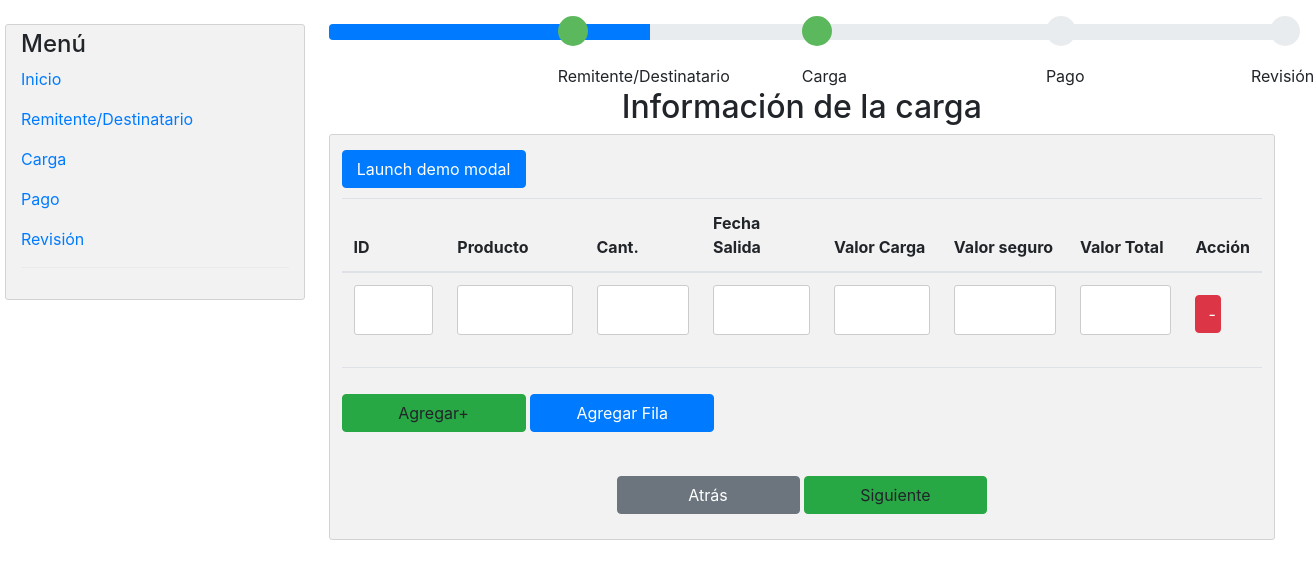
Repository: SennovaFluvial/Trasnfluvial
Page: appFluvial/templates/card1carga.html
The author's editor kept a copy of each file at every save. The page is drawn from the files as they stood at one save, then again after the next save.
The browser window is 1280 px wide. The page is 1314 px wide, so the pictures cover 1314 px, including what lies to the right of the window. The pictures show the whole page.
The template is drawn by Django 3.2. The application's start-up code is not run. Other server files are loaded and not shown. The template is opened directly, without the code that normally fills it, so the values that code supplies are empty.

Above is the page before, as saved 2023-10-19 23:52:38.

### appFluvial/templates/card1carga.html
<!DOCTYPE html>
<html>
<head>
<meta name="viewport" content="width=device-width, initial-scale=1">
<!--link rel="stylesheet" href="https://cdnjs.cloudflare.com/ajax/libs/font-awesome/4.7.0/css/font-awesome.min.css"-->
<style>
body {
  font-family: Arial;
  font-size: 17px;
  padding: 8px;
}

* {
  box-sizing: border-box;
}

.row {
  display: -ms-flexbox; /* IE10 */
  display: flex;
  -ms-flex-wrap: wrap; /* IE10 */
  flex-wrap: wrap;
  margin: 0 -16px;
}

.col-25 {
  -ms-flex: 25%; /* IE10 */
  flex: 25%;
}

.col-50 {
  -ms-flex: 50%; /* IE10 */
  flex: 50%;
}

.col-75 {
  -ms-flex: 75%; /* IE10 */
  flex: 75%;
}

.col-25,
.col-50,
.col-75 {
  padding: 0 16px;
}

.container {
  background-color: #f2f2f2;
  padding: 5px 20px 15px 20px;
  border: 1px solid lightgrey;
  border-radius: 3px;
}

input[type=text], select {
  width: 100%;
  margin-bottom: 20px;
  padding: 12px;
  border: 1px solid #ccc;
  border-radius: 3px;
}

input[type=submit] {
  background-color: #04AA6D;
  color: white;
  padding: 12px 20px;
  border: none;
  border-radius: 4px;
  cursor: pointer;
}

input[type=submit]:hover {
  background-color: #45a049;
}

label {
  margin-bottom: 10px;
  display: block;
}

.icon-container {
  margin-bottom: 20px;
  padding: 7px 0;
  font-size: 24px;
}

.btn {
  background-color: #04AA6D;
  color: white;
  padding: 12px;
  margin: 10px 0;
  border: none;
  width: 20%;
  border-radius: 3px;
  cursor: pointer;
  font-size: 17px;
}

.btn:hover {
  background-color: #45a049;
}

a {
  color: #2196F3;
}

hr {
  border: 1px solid lightgrey;
}

span.price {
  float: right;
  color: grey;
}


@media (max-width: 800px) {
  .row {
    flex-direction: column-reverse;
  }
  .col-25 {
    margin-bottom: 20px;
  }
}

</style>
<style>
  .one, .two, .three, .four{
    position:absolute;
    margin-top: -8px;
    z-index:1;
    height:30px;
    width:30px;
    border-radius:20px;
}
.one{
	left:25%;
}
.two{
	left:50%;
}
.three{
	left:75%;
}
.four{
	left:98%;
}
.primary-color{
	background-color:#4989bd;
}
.success-color{
	background-color:#5cb85c;
}
.info-color{
	background-color:#5bc0de;
}
.no-color{
	background-color:inherit;
}

</style>

<script src="https://ajax.googleapis.com/ajax/libs/jquery/3.5.1/jquery.min.js"></script>

<script>
  function addRow() {

      var producto = document.getElementById('producto').value;
      var cant = document.getElementById('cant').value;
      var fechasal = document.getElementById('fechasal').value;
      var valorca = document.getElementById('valorca').value;
      var valorse = document.getElementById('valorse').value;
      var valorto = document.getElementById('valorto').value;
      var table = document.getElementById("myTable");

      var row = table.insertRow(-1);
      var cell1 = row.insertCell(0);
      var cell2 = row.insertCell(1);
      var cell3 = row.insertCell(2);
      var cell4 = row.insertCell(3);
      var cell5 = row.insertCell(4);
      var cell6 = row.insertCell(5);
      var cell7 = row.insertCell(6);
      var cell8 = row.insertCell(7);
      cell1.innerHTML = "<input type='text' name='id' class='form-control'>";
      cell2.innerHTML = producto;
      cell3.innerHTML = cant;
      cell4.innerHTML = fechasal;
      cell5.innerHTML = valorca;
      cell6.innerHTML = valorse;
      cell7.innerHTML = valorto;
      cell8.innerHTML = "<button type='button' class='btn btn-danger' onclick='deleteRow(this)'>Eliminar</button>";


      $('#myModal').modal('hide');
  }

  function deleteRow(btn) {
      var row = btn.parentNode.parentNode;
      row.parentNode.removeChild(row);
  }
</script>

<link rel="stylesheet" href="https://cdn.jsdelivr.net/npm/bootstrap@5.2.3/dist/css/bootstrap.min.css" integrity="sha384-rbsA2VBKQhggwzxH7pPCaAqO46MgnOM80zW1RWuH61DGLwZJEdK2Kadq2F9CUG65" crossorigin="anonymous">
<script src="https://cdn.jsdelivr.net/npm/bootstrap@5.2.3/dist/js/bootstrap.min.js" integrity="sha384-cuYeSxntonz0PPNlHhBs68uyIAVpIIOZZ5JqeqvYYIcEL727kskC66kF92t6Xl2V" crossorigin="anonymous"></script>
<link rel="stylesheet" href="https://maxcdn.bootstrapcdn.com/bootstrap/4.0.0/css/bootstrap.min.css">
</head>
<body>

<p></p>
<div class="row">

  <div class="col-25">

    <div class="container">
      <h4>Menú <span class="price" style="color:black"><i class="fa fa-shopping-cart"></i> <b></b></span></h4>
      <p><a href="../../">Inicio</a> <span class="price"> </span></p>
      <p><a href="../../card/1/remitente">Remitente/Destinatario</a> <span class="price">  </span></p>
      <p><a href="../../card/1/carga">Carga</a> <span class="price"> </span></p>
      <p><a href="../../card/1/pago">Pago</a> <span class="price"> </span></p>
      <p><a href="../../card/1/revision">Revisión</a> <span class="price"> </span></p>
      <hr>
    </div>
  </div>


  <div class="col-75">
    <!--  ****************************************BEGIN************************************************ -->
    <div class="container_">
      <div class="row"><br />
        <div class="col-md-12">
        <div class="progress">
            <div class="one success-color"></div>
            <div class="two success-color"></div>
            <div class="three no-color"></div>
            <div class="four no-color"></div>
            <div class="progress-bar progress-bar-success" style="width: 34%"></div>
        </div>
        <br>
        <label for="one" style="position: absolute; top: 30px; left: 25%; z-index: 1; margin-top: 10px;">Remitente/Destinatario</label>
        <label for="two" style="position: absolute; top: 30px; left: 50%; z-index: 1; margin-top: 10px;">Carga</label>
        <label for="three" style="position: absolute; top: 30px; left: 75%; z-index: 1; margin-top: 10px;">Pago</label>
        <label for="four" style="position: absolute; top: 30px; left: 96%; z-index: 1; margin-top: 10px;">Revisión</label>

      </div>
      </div>
    </div>
    <br>
    <!-- -*****************************************END**********************************************-->
    <div class="text-center">
    <h2>Información de la carga</h2>
    </div>

    <div class="container">
      <form method="post">
        {% csrf_token %}
        <div class="row">
          <div class="col-50">
            <!-- Button trigger modal -->
            <button type="button" class="btn btn-primary" data-bs-toggle="modal" data-bs-target="#exampleModal">
              Launch demo modal
            </button>

            <!-- Modal -->
            <div class="modal fade" id="exampleModal" tabindex="-1" aria-labelledby="exampleModalLabel" aria-hidden="true">
              <div class="modal-dialog">
                <div class="modal-content">
                  <div class="modal-header">
                    <h1 class="modal-title fs-5" id="exampleModalLabel">Modal title</h1>
                    <button type="button" class="btn-close" data-bs-dismiss="modal" aria-label="Close"></button>
                  </div>
                  <div class="modal-body">
                    ...
                  </div>
                  <div class="modal-footer">
                    <button type="button" class="btn btn-secondary" data-bs-dismiss="modal">Close</button>
                    <button type="button" class="btn btn-primary">Save changes</button>
                  </div>
                </div>
              </div>
            </div>



            <table class="table">
              <thead>
                <tr>
                  <th>ID</th>
                  <th>Producto</th>
                  <th>Cant.</th>
                  <th>Fecha Salida</th>
                  <th>Valor Carga</th>
                  <th>Valor seguro</th>
                  <th>Valor Total</th>
                  <th>Acción</th>
                </tr>
              </thead>
              <tbody id="myTable">
                <tr>
                  <td><input type="text" name="id" id="id"></td>
                  <td><input type="text" name="producto" id="producto"></td>
                  <td><input type="text" name="cant" id="cant"></td>
                  <td><input type="text" name="fechasal" id="fechasal"></td>
                  <td><input type="text" name="valorca" id="valorca"></td>
                  <td><input type="text" name="valorse" id="valorse"></td>
                  <td><input type="text" name="valorto" id="valorto"></td>
                  <td><button type="button"  class="btn btn-danger" onclick="deleteRow(this)">-</button></td>
                </tr>
              </tbody>
            </table>


            <a type="button"  class="btn btn-success" onclick="addRow()">Agregar+</a>
            <button type="button" class="btn btn-primary" data-toggle="modal" data-target="#myModal">Agregar Fila</button>
            <div class="modal" id="myModal">
              <div class="modal-dialog">
                  <div class="modal-content">

                      <div class="modal-header">
                          <h4 class="modal-title">Agregar carga</h4>
                          <button type="button" class="close" data-dismiss="modal">&times;</button>
                      </div>

                      <div class="modal-body">
                          <div class="form-group">
                              <label for="name">Nombre:</label>
                              <input type="text" class="form-control" id="name">
                          </div>
                          <div class="form-group">
                              <label for="age">Edad:</label>
                              <input type="text" class="form-control" id="age">
                          </div>
                      </div>

                      <div class="modal-footer">
                          <button type="button" class="btn btn-success" onclick="addRow()">Agregar</button>
                          <button type="button" class="btn btn-danger" data-dismiss="modal">Cerrar</button>
                      </div>

                  </div>
              </div>
            </div>
          </div>
        </div>
        <br>
        <div class="text-center">
        <a href="javascript:history.back()" class="btn btn-secondary">Atrás</a>
        <a type="submit" value="Siguiente" class="btn btn-success"> Siguiente</a>
        </div>
      </form>
    </div>
  </div>
</div>




</body>
</html>

After the next save:
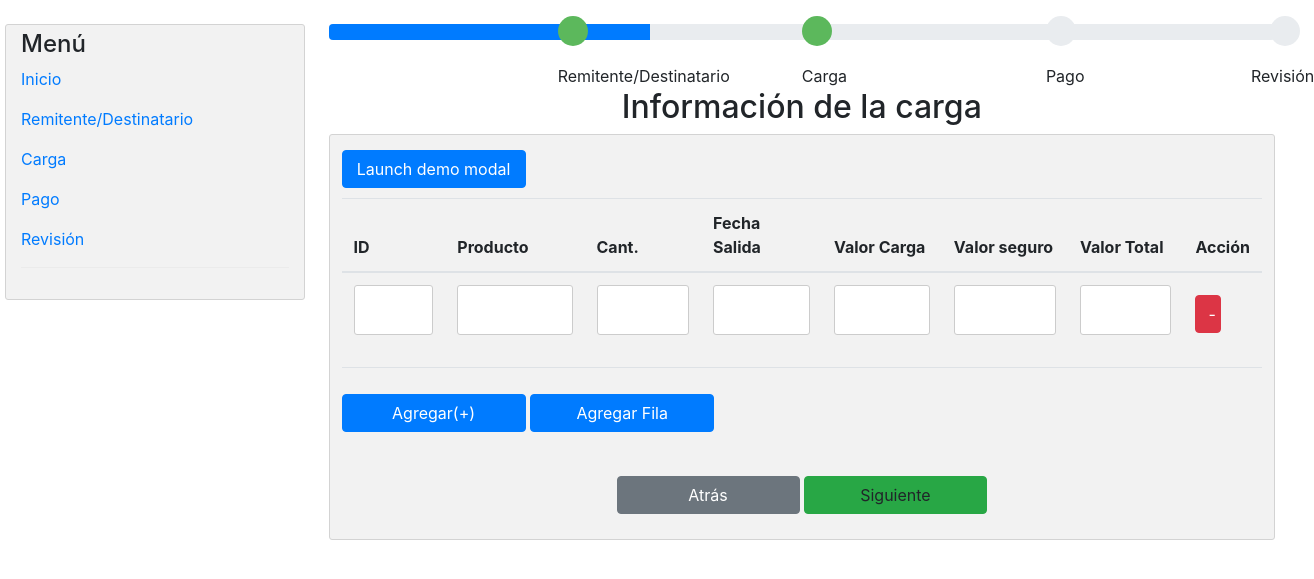
Saved 2 min 52 s later.
--- a/appFluvial/templates/card1carga.html
+++ b/appFluvial/templates/card1carga.html
@@ -264,11 +264,20 @@ span.price {
               <div class="modal-dialog">
                 <div class="modal-content">
                   <div class="modal-header">
-                    <h1 class="modal-title fs-5" id="exampleModalLabel">Modal title</h1>
+                      <h4 class="modal-title">Agregar carga</h4>
                     <button type="button" class="btn-close" data-bs-dismiss="modal" aria-label="Close"></button>
                   </div>
                   <div class="modal-body">
-                    ...
+                    ***
+                    <div class="form-group">
+                        <label for="name">Nombre:</label>
+                        <input type="text" class="form-control" id="name">
+                    </div>
+                    <div class="form-group">
+                        <label for="age">Edad:</label>
+                        <input type="text" class="form-control" id="age">
+                    </div>
+                    ****
                   </div>
                   <div class="modal-footer">
                     <button type="button" class="btn btn-secondary" data-bs-dismiss="modal">Close</button>
@@ -308,36 +317,12 @@ span.price {
             </table>
 
 
-            <a type="button"  class="btn btn-success" onclick="addRow()">Agregar+</a>
+            <button type="button" class="btn btn-primary" data-bs-toggle="modal" data-bs-target="#exampleModal">
+              Agregar(+)
+            </button>
+            <!--a type="button"  class="btn btn-success" onclick="addRow()">Agregar+</!--a-->
             <button type="button" class="btn btn-primary" data-toggle="modal" data-target="#myModal">Agregar Fila</button>
-            <div class="modal" id="myModal">
-              <div class="modal-dialog">
-                  <div class="modal-content">
-
-                      <div class="modal-header">
-                          <h4 class="modal-title">Agregar carga</h4>
-                          <button type="button" class="close" data-dismiss="modal">&times;</button>
-                      </div>
-
-                      <div class="modal-body">
-                          <div class="form-group">
-                              <label for="name">Nombre:</label>
-                              <input type="text" class="form-control" id="name">
-                          </div>
-                          <div class="form-group">
-                              <label for="age">Edad:</label>
-                              <input type="text" class="form-control" id="age">
-                          </div>
-                      </div>
-
-                      <div class="modal-footer">
-                          <button type="button" class="btn btn-success" onclick="addRow()">Agregar</button>
-                          <button type="button" class="btn btn-danger" data-dismiss="modal">Cerrar</button>
-                      </div>
-
-                  </div>
-              </div>
-            </div>
+
           </div>
         </div>
         <br>
